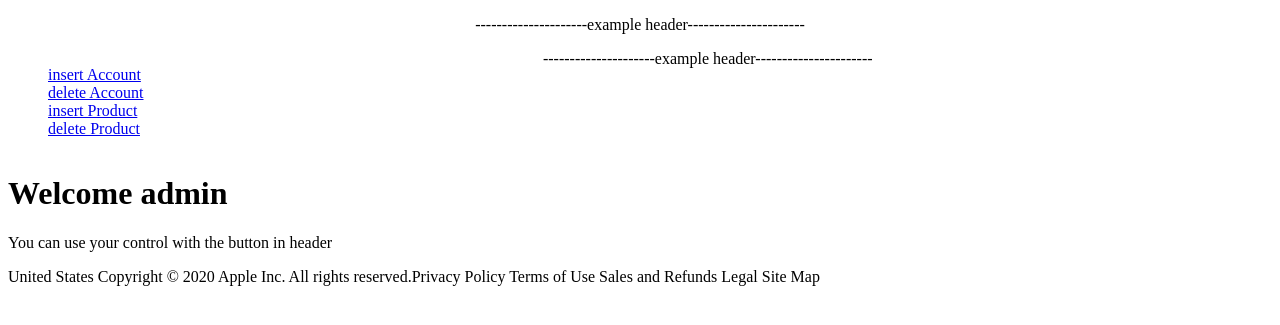
Repository: pffdota04/cuahang
Page: http://localhost/CuaHang/Views/Admin/home.jsp
The author's editor kept a copy of each file at every save. The page is drawn from the files as they stood at one save, then again after the next save.
The browser window is 1280 px wide. The pictures show the whole page.
The page is served by Tomcat 9.

Above is the page before, as saved 2020-11-11 04:25:26.

After the next save:
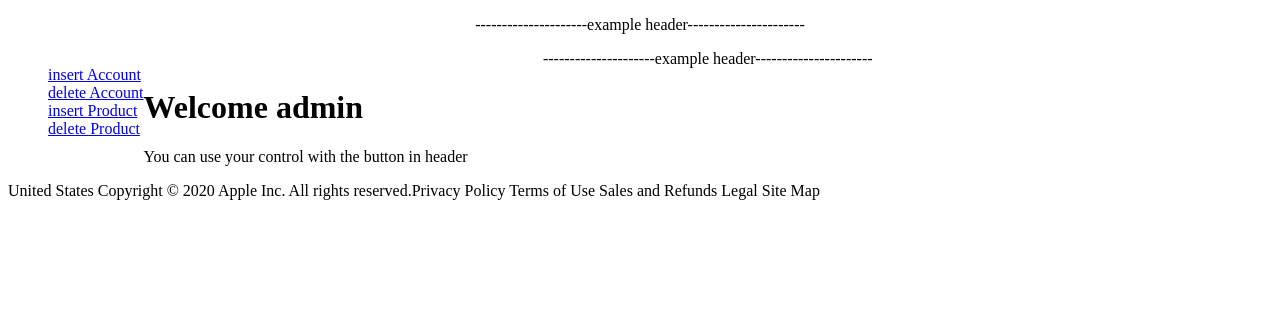
Saved 30 s later.
--- a/CuaHang/WebContent/Views/Admin/commom/header.jsp
+++ b/CuaHang/WebContent/Views/Admin/commom/header.jsp
@@ -5,7 +5,7 @@
 <head>
 <meta charset="ISO-8859-1">
 <title>Insert title here</title>
-<style>
+<style>  -- do it in .css
 .clearfix::after {
 	content: " ";
 	display: table;
@@ -22,7 +22,6 @@
 		<li><a href="#">delete Product</a></li>
 	</ul>
 	<p style="text-align: center;">---------------------example header----------------------</p>
-
 	<div class="clearfix"></div>
 </body>
 </html>
